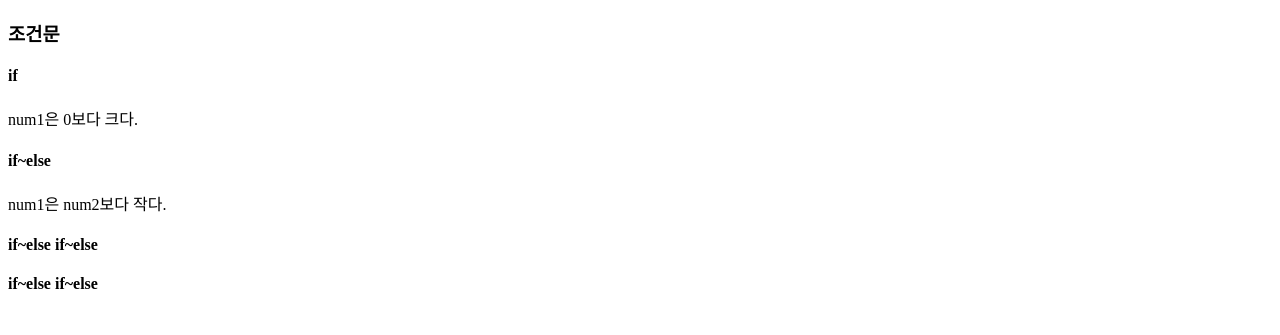
Repository: cms8474/JSP
Page: http://localhost/ch02/2_Condition.jsp
An editor plug-in stored every save of this project. The page is shown before and after the next save, followed by the edit.
The browser window is 1280 px wide. The pictures show the whole page.
The page is served by Tomcat 9. Other server files are loaded and not shown.

Above is the page before, as saved 2025-07-28 01:39:12.

### ch02/src/main/webapp/2_Condition.jsp
<%@ page language="java" contentType="text/html; charset=UTF-8"
    pageEncoding="UTF-8"%>
<!DOCTYPE html>
<html>
	<head>
		<meta charset="UTF-8">
		<title>조건문</title>
		<%--
			날짜 250728
			이름 최민수
			내용 스크립트릿 조건문 실습
		 --%>
	</head>
	<body>
		<h3>조건문</h3>

		<h4>if</h4>
		<%
			int num1 =1;
			int num2 =2;
			int num3 =3;
			int num4 =4;

			if(num1 > 0){
				out.println("<p>num1은 0보다 크다.</p>");
			}
		%>

		<h4>if~else</h4>
		<%
		    if(num1 > num2){
		%>
		<p>num1은 num2보다 크다.</p>
		<%
		    }else{
		%>
		<p>num1은 num2보다 작다.</p>
		<%
		    }
		%>

		<h4>if~else if~else</h4>





		<h4>if~else if~else</h4>
	</body>
</html>

After the next save:
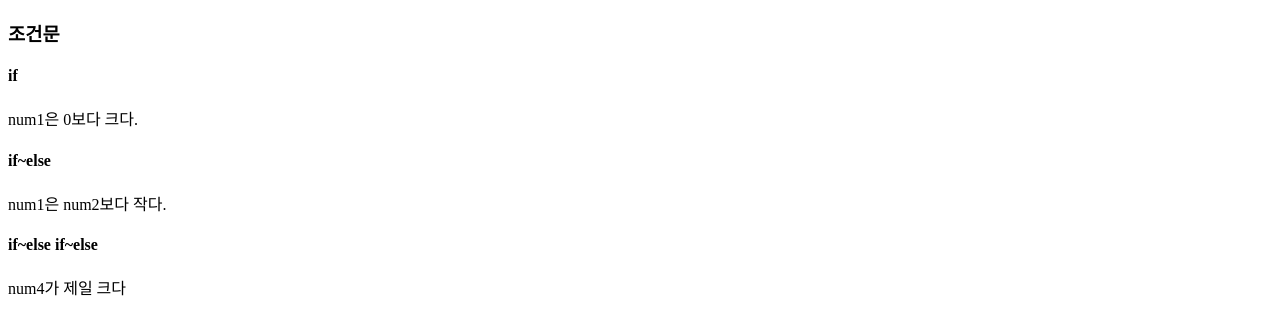
Saved 2 min 40 s later.
--- a/ch02/src/main/webapp/2_Condition.jsp
+++ b/ch02/src/main/webapp/2_Condition.jsp
@@ -40,11 +40,21 @@
 		%>
 
 		<h4>if~else if~else</h4>
+		<% if(num1 > num2) { %>
+
+			<p>num1 > num2</p>
+
+		<% }else if(num2 > num3) {%>
+			<p>num2 > num3</p>
+		<% }else if(num3 > num4) {%>
+			<p>num3 > num4</p>
+		<% }else { %>
+			<p>num4가 제일 크다</p>
+		<%} %>
 
 
 
 
 
-		<h4>if~else if~else</h4>
 	</body>
 </html>
